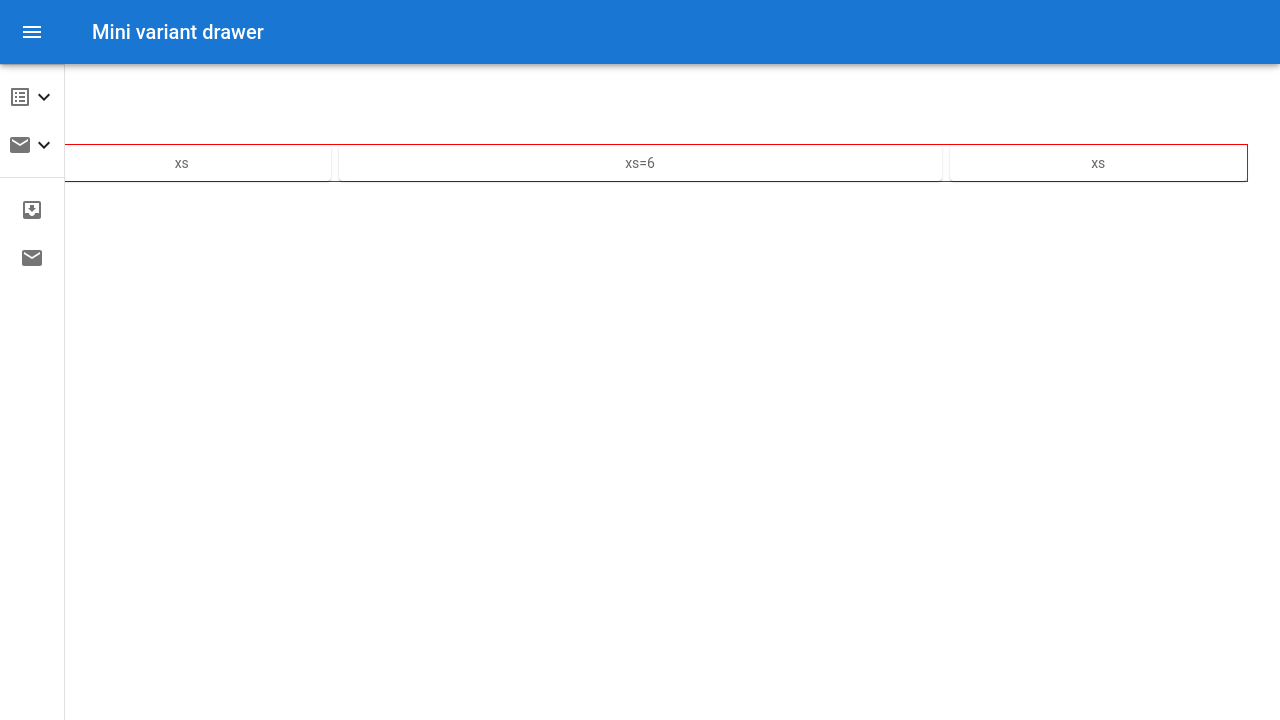
Repository: Vijay-Singh1/office-tools
Page: /createForm/Create-Form
An editor plug-in stored every save of this project. The page is shown before and after the next save, followed by the edit.
The browser window is 1280 px wide. The pictures show the whole page.
The project was rebuilt for these pictures with package versions that can differ from the ones it lists, and the page was loaded fresh each time. Also part of the build but not shown: vite.config.ts, src/FormBuilderApp/src/pages/OpenForms.tsx.

Above is the page before, as saved 2024-09-02 20:00:48.

### index.html
<!doctype html>
<html lang="en">
  <head>
    <meta charset="UTF-8" />
    <link rel="icon" type="image/svg+xml" href="/vite.svg" />
    <meta name="viewport" content="width=device-width, initial-scale=1.0" />
    <title>Office Tools</title>
  </head>
  <body>
    <div id="root"></div>
    <script type="module" src="/src/main.tsx"></script>
  </body>
</html>

### src/main.tsx
import { StrictMode } from 'react'
import { createRoot } from 'react-dom/client'
import App from './App.tsx'
import './index.css'// Import Tailwind CSS
import { ThemeProvider } from '@mui/material/styles';
import CssBaseline from '@mui/material/CssBaseline';
import theme from "./appTheme/appTheme.ts"
import AppRoutes from './routes.js';
createRoot(document.getElementById('root')!).render(
  <StrictMode>
    <ThemeProvider theme={theme}>
    <CssBaseline />
    <AppRoutes />
    </ThemeProvider>
  </StrictMode>,
)

### src/appTheme/appTheme.ts
// src/theme.ts
import { createTheme, ThemeOptions } from '@mui/material/styles';

const themeOptions: ThemeOptions = {
  palette: {
    primary: {
      main: '#1976d2',
    },
    secondary: {
      main: '#dc004e',
    },
  },
  typography: {
    fontFamily: 'Roboto, Arial, sans-serif',
    h1: {
      fontSize: '2.5rem',
      fontWeight: 500,
    },
    body1: {
      fontSize: '1rem',
    },
  },
  components: {
    MuiButton: {
      styleOverrides: {
        root: {
          textTransform: 'none',
          borderRadius: '8px',
        },
      },
    },
  },
};

const theme = createTheme(themeOptions);

export default theme;

### src/routes.tsx
import React from 'react';
import { createBrowserRouter, RouterProvider } from 'react-router-dom';

import Sidebar from './components/sidebar';
import { formBuilderRoutes } from './FormBuilderApp/src/formBuilderRoutes';
import App from './App';

// Combine routes from different modules
const router = createBrowserRouter([
  {
    path: '/',
    element: <App />,
    children: [
      ...formBuilderRoutes
      // Add other module routes here
    ],
  },
]);

const AppRoutes: React.FC = () => {
  return <RouterProvider router={router} />;
};

export default AppRoutes;

### src/FormBuilderApp/src/formBuilderRoutes.tsx
import React from 'react';
import { RouteObject } from 'react-router-dom';
import FormBuilderHome from './pages/FormBuilderHome';
import CreateForm from './pages/CreateForm';
import OpenForms from './pages/OpenForms';


export const formBuilderRoutes: RouteObject[] = [
  {
    path: 'createForm',
    element: <FormBuilderHome />,
    children: [
      {
        path: '/createForm/Create-Form',
        element: <CreateForm />,
      },
      {
        path: '/createForm/Open-Form',
        element: <OpenForms />,
      },
    ],
  },
];

### src/App.tsx
import { Outlet } from "react-router-dom";
import "./App.css";
import Sidebar from "./components/sidebar";

const App: React.FC = () => {
  return (
    <div>
      <Sidebar />
      <div id="detail">
        <Outlet />
      </div>
    </div>
  );
};

export default App;

### src/FormBuilderApp/src/pages/FormBuilderHome.tsx
import React from 'react'
import { Outlet } from 'react-router-dom'

const FormBuilderHome = () => {
  return (
    <div id="detail">
        <Outlet />
      </div>
  )
}

export default FormBuilderHome

### src/FormBuilderApp/src/pages/CreateForm.tsx
import { styled } from '@mui/material/styles';
import Box from '@mui/material/Box';
import Paper from '@mui/material/Paper';
import Grid from '@mui/material/Grid';
import React from 'react'



const Item = styled(Paper)(({ theme }) => ({
  backgroundColor: theme.palette.mode === 'dark' ? '#1A2027' : '#fff',
  ...theme.typography.body2,
  padding: theme.spacing(1),
  textAlign: 'center',
  color: theme.palette.text.secondary,
}));
const CreateForm : React.FC = () => {
  return (
    <Box sx={{ flexGrow: 1, border : "1px solid red" }}>
      <Grid container spacing={1}>
        <Grid item xs= {3}>
          <Item>xs</Item>
        </Grid>
        <Grid item xs={6}>
          <Item>xs=6</Item>
        </Grid>
        <Grid item xs = {3}>
          <Item>xs</Item>
        </Grid>
      </Grid>
    </Box>
  )
}

export default CreateForm

### src/components/sidebar/index.tsx
import * as React from 'react';
import { styled, useTheme, Theme, CSSObject } from '@mui/material/styles';
import Box from '@mui/material/Box';
import MuiDrawer from '@mui/material/Drawer';
import MuiAppBar, { AppBarProps as MuiAppBarProps } from '@mui/material/AppBar'; // <-- Use MuiAppBar here for clarity
import Toolbar from '@mui/material/Toolbar';
import List from '@mui/material/List';
import CssBaseline from '@mui/material/CssBaseline';
import Typography from '@mui/material/Typography';
import Divider from '@mui/material/Divider';
import IconButton from '@mui/material/IconButton';
import MenuIcon from '@mui/icons-material/Menu';
import ChevronLeftIcon from '@mui/icons-material/ChevronLeft';
import ChevronRightIcon from '@mui/icons-material/ChevronRight';
import ListItem from '@mui/material/ListItem';
import ListItemButton from '@mui/material/ListItemButton';
import ListItemIcon from '@mui/material/ListItemIcon';
import ListItemText from '@mui/material/ListItemText';
import InboxIcon from '@mui/icons-material/MoveToInbox';
import MailIcon from '@mui/icons-material/Mail';
import Collapse from '@mui/material/Collapse';
import ExpandLess from '@mui/icons-material/ExpandLess';
import ExpandMore from '@mui/icons-material/ExpandMore';
import ListAltIcon from '@mui/icons-material/ListAlt';
import {  Link } from "react-router-dom";

const drawerWidth = 240;

const openedMixin = (theme: Theme): CSSObject => ({
  width: drawerWidth,
  transition: theme.transitions.create('width', {
    easing: theme.transitions.easing.sharp,
    duration: theme.transitions.duration.enteringScreen,
  }),
  overflowX: 'hidden',
});

const closedMixin = (theme: Theme): CSSObject => ({
  transition: theme.transitions.create('width', {
    easing: theme.transitions.easing.sharp,
    duration: theme.transitions.duration.leavingScreen,
  }),
  overflowX: 'hidden',
  width: `calc(${theme.spacing(7)} + 1px)`,
  [theme.breakpoints.up('sm')]: {
    width: `calc(${theme.spacing(8)} + 1px)`,
  },
});

const DrawerHeader = styled('div')(({ theme }) => ({
  display: 'flex',
  alignItems: 'center',
  justifyContent: 'flex-end',
  padding: theme.spacing(0, 1),
  // necessary for content to be below app bar
  ...theme.mixins.toolbar,
}));

interface AppBarProps extends MuiAppBarProps {
  open?: boolean;
}

const AppBar = styled(MuiAppBar, {
  shouldForwardProp: (prop) => prop !== 'open',
})<AppBarProps>(({ theme }) => ({
  zIndex: theme.zIndex.drawer + 1,
  transition: theme.transitions.create(['width', 'margin'], {
    easing: theme.transitions.easing.sharp,
    duration: theme.transitions.duration.leavingScreen,
  }),
  variants: [
    {
      props: ({ open }) => open,
      style: {
        marginLeft: drawerWidth,
        width: `calc(100% - ${drawerWidth}px)`,
        transition: theme.transitions.create(['width', 'margin'], {
          easing: theme.transitions.easing.sharp,
          duration: theme.transitions.duration.enteringScreen,
        }),
      },
    },
  ],
}));

const Drawer = styled(MuiDrawer, { shouldForwardProp: (prop) => prop !== 'open' })(
  ({ theme }) => ({
    width: drawerWidth,
    flexShrink: 0,
    whiteSpace: 'nowrap',
    boxSizing: 'border-box',
    variants: [
      {
        props: ({ open }) => open,
        style: {
          ...openedMixin(theme),
          '& .MuiDrawer-paper': openedMixin(theme),
        },
      },
      {
        props: ({ open }) => !open,
        style: {
          ...closedMixin(theme),
          '& .MuiDrawer-paper': closedMixin(theme),
        },
      },
    ],
  }),
);

const Sidebar: React.FC = () => {
  const theme = useTheme();
  const [open, setOpen] = React.useState(false);
  const [nestedOpen, setNestedOpen] = React.useState({ 0: false, 1: false });

  const handleDrawerOpen = () => {
    setOpen(true);
  };

  const handleDrawerClose = () => {
    setOpen(false);
  };

  const handleNestedClick = (index: number) => {
    setNestedOpen((prev) => ({ ...prev, [index]: !prev[index] }));
  };
  const handleClick = (element: string) => {
    if(element === "Create Form"){
      console.log(element)
    }
  };

  return (
    <Box sx={{ display: 'flex' }}>
      <CssBaseline />
      <AppBar position="fixed" open={open}>
        <Toolbar>
          <IconButton
            color="inherit"
            aria-label="open drawer"
            onClick={handleDrawerOpen}
            edge="start"
            sx={[
              { marginRight: 5 },
              open && { display: 'none' },
            ]}
          >
            <MenuIcon />
          </IconButton>
          <Typography variant="h6" noWrap component="div">
            Mini variant drawer
          </Typography>
        </Toolbar>
      </AppBar>
      <Drawer variant="permanent" open={open}>
        <DrawerHeader>
          <IconButton onClick={handleDrawerClose}>
            {theme.direction === 'rtl' ? <ChevronRightIcon /> : <ChevronLeftIcon />}
          </IconButton>
        </DrawerHeader>
        <Divider />
        <List>
          {['Form Builder', 'Image Editor'].map((text, index) => (
            <>
              <ListItem key={index} disablePadding sx={{ display: 'block' }}>
                <ListItemButton
                  onClick={() => handleNestedClick(index)}
                  sx={[
                    { minHeight: 48, px: 2.5 },
                    open ? { justifyContent: 'initial' } : { justifyContent: 'center' },
                  ]}
                >
                  <ListItemIcon
                    sx={[
                      { minWidth: 0, justifyContent: 'center' },
                      open ? { mr: 3 } : { mr: 'auto' },
                    ]}
                  >
                    {index % 2 === 0 ? <ListAltIcon /> : <MailIcon />}
                  </ListItemIcon>
                  <ListItemText
                    primary={text}
                    sx={[open ? { opacity: 1 } : { opacity: 0 }]}
                  />
                  {nestedOpen[index] ? <ExpandLess /> : <ExpandMore />}
                </ListItemButton>
              </ListItem>
              <Collapse in={nestedOpen[index]} timeout="auto" unmountOnExit>
                <List component="div" disablePadding>
                  {['Create Form', 'Open Form'].map((subtext, idx) => (
                    <Link to ={`/createForm/${subtext.split(" ")[0]}-${subtext.split(" ")[1]}`}>
                    <ListItemButton key={idx} sx={{ pl: 4 }} >
                      <ListItemIcon>
                      <ListAltIcon/>
                      </ListItemIcon>
                      <ListItemText primary={subtext} />
                    </ListItemButton>
                    </Link>
                  ))}
                </List>
              </Collapse>
            </>
          ))}
        </List>
        <Divider />
        {/* Other Items */}
        <List>
          {['Docs Creator', 'SpreadSheet'].map((text, index) => (
            <ListItem key={index} disablePadding sx={{ display: 'block' }}>
              <ListItemButton
                sx={[
                  { minHeight: 48, px: 2.5 },
                  open ? { justifyContent: 'initial' } : { justifyContent: 'center' },
                ]}
              >
                <ListItemIcon
                  sx={[
                    { minWidth: 0, justifyContent: 'center' },
                    open ? { mr: 3 } : { mr: 'auto' },
                  ]}
                >
                  {index % 2 === 0 ? <InboxIcon /> : <MailIcon />}
                </ListItemIcon>
                <ListItemText
                  primary={text}
                  sx={[open ? { opacity: 1 } : { opacity: 0 }]}
                />
              </ListItemButton>
            </ListItem>
          ))}
        </List>
      </Drawer>
      <Box component="main" sx={{ flexGrow: 1, p: 3 }}>
        <DrawerHeader />
        {/* Your Main Content Here */}
      </Box>
    </Box>
  );
};

export default Sidebar;

Loaded but not shown: src/index.css (common file); src/App.css (common file)

After the next save:
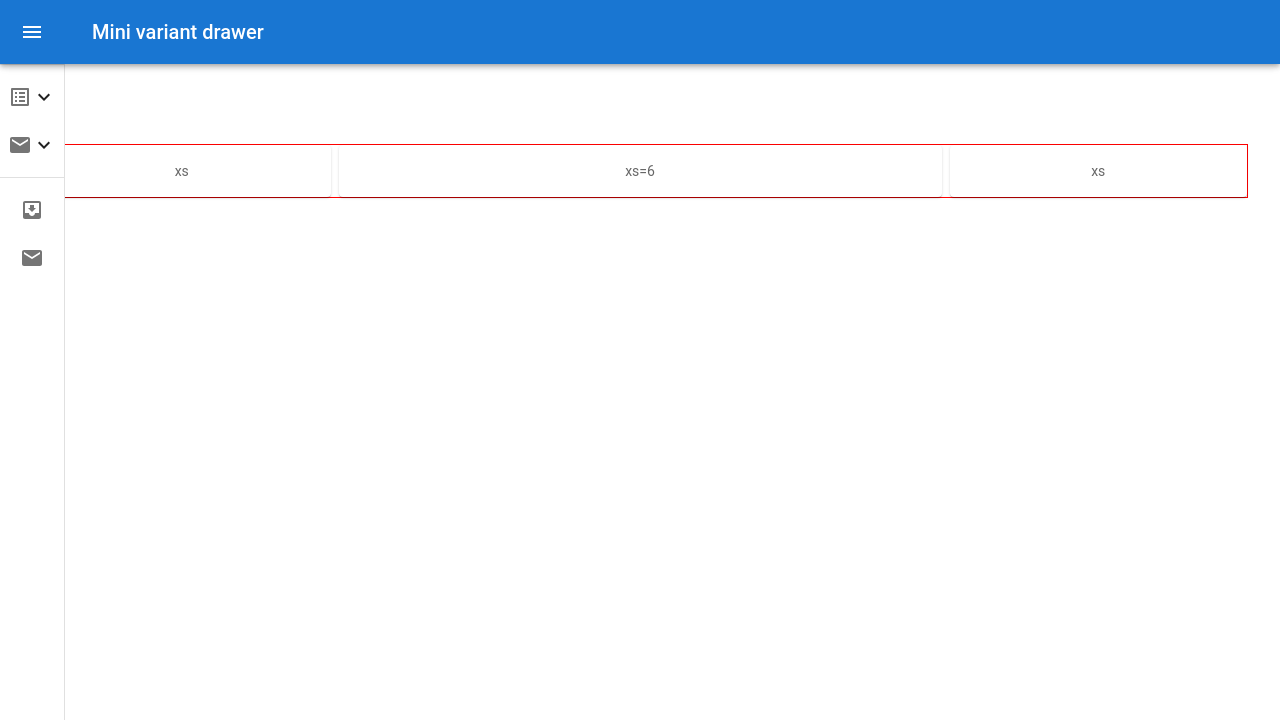
Saved 28 s later.
--- a/src/FormBuilderApp/src/pages/CreateForm.tsx
+++ b/src/FormBuilderApp/src/pages/CreateForm.tsx
@@ -9,7 +9,7 @@ import React from 'react'
 const Item = styled(Paper)(({ theme }) => ({
   backgroundColor: theme.palette.mode === 'dark' ? '#1A2027' : '#fff',
   ...theme.typography.body2,
-  padding: theme.spacing(1),
+  padding: theme.spacing(2),
   textAlign: 'center',
   color: theme.palette.text.secondary,
 }));
